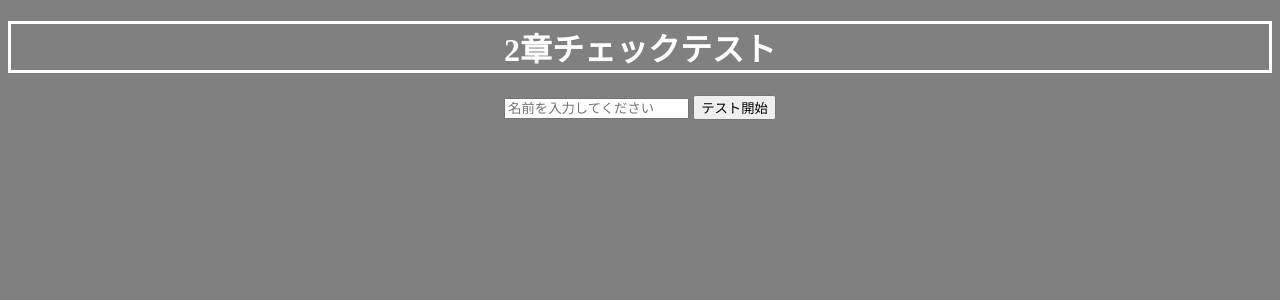
Repository: natuki-i/curriculum
Page: http://localhost/
These files come from the project's save history. The page is drawn as it stood at one moment and after the next save; the edit follows.
The browser window is 1280 px wide. The pictures show the whole page.
The page is run by PHP 8.4 with error messages shown; the project is at /var/www/html/.

Above is the page before, as saved 2022-12-31 21:05:02.

After the next save:
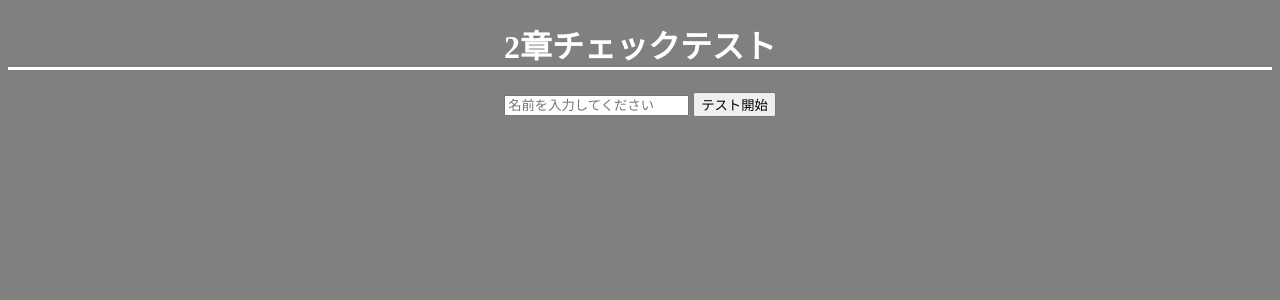
Saved 45 s later.
--- a/PHPjob/3-4/style.css
+++ b/PHPjob/3-4/style.css
@@ -5,5 +5,5 @@
   }
 
   h1 {
-    border: solid white;
+    border-bottom: solid white;
   }
